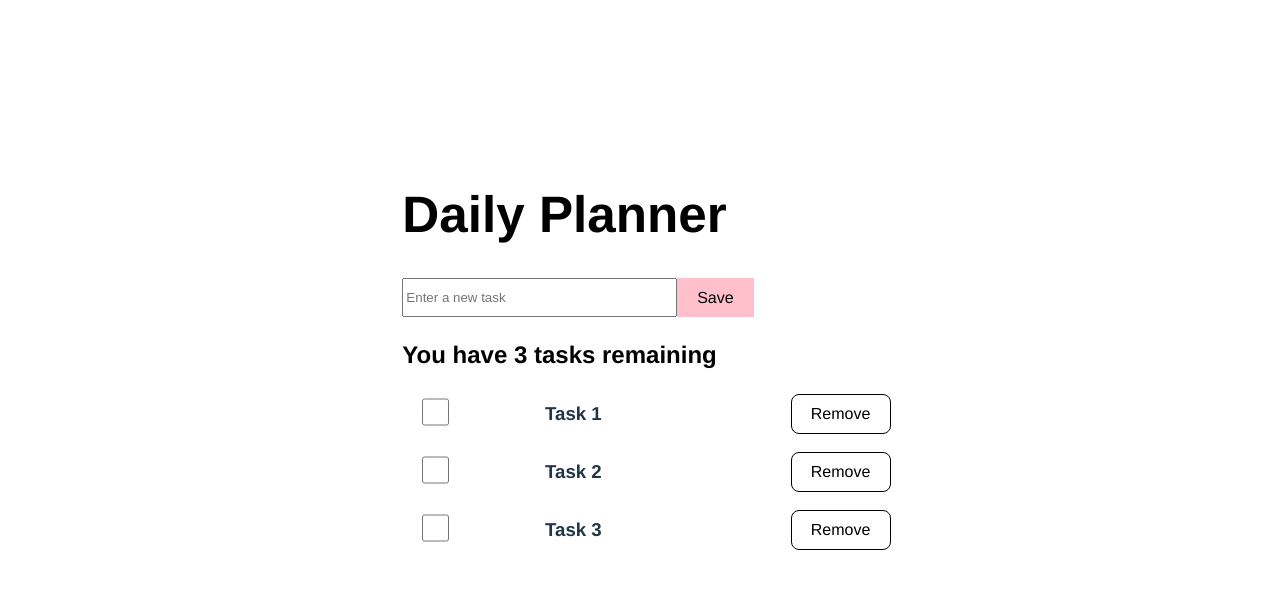
Repository: MonicaNguyenH/Frontend_Assignment6
Page: / (app in react/)
The author's editor kept a copy of each file at every save. The page is drawn from the files as they stood at one save, then again after the next save.
The browser window is 1280 px wide. The pictures show the whole page.
The project was rebuilt for these pictures with package versions that can differ from the ones it lists, and the page was loaded fresh each time. Also part of the build but not shown: react/vite.config.js.

Above is the page before, as saved 2024-10-11 14:23:24.

### react/src/App.jsx
import { useState } from 'react';
import './App.css';
import Task from './components/Task';
import TaskForm from './components/TaskForm';

function App() {
  const [tasks, setTasks] = useState([
    { id: 0, name: "Task 1", completed: false },
    { id: 1, name: "Task 2", completed: false },
    { id: 2, name: "Task 3", completed: false }
  ]);

  const addTask = (task) => {
    setTasks([...tasks, { id: tasks.length, name: task, completed: false }]); // Adds task incomplete by default
  };

  const toggleComplete = (taskId) => {
    setTasks(tasks.map(task =>
      task.id === taskId ? { ...task, completed: !task.completed } : task
    ));
  };

  const removeTask = (taskId) => {
    setTasks(tasks.filter(task => task.id !== taskId));
  };

  const remainingTask = tasks.filter(task => !task.completed).length;

  return (
    <>
      <div className="main">
        <h1 className="header">Daily Planner</h1>
        <div>
          <TaskForm addTask={addTask} />
          <h2 className="counting">
            You have {remainingTask} task{remainingTask !== 1 ? 's' : ''} remaining
          </h2>
          {tasks.map((task) => (
            <Task
              key={task.id}
              task={task}
              toggleComplete={() => toggleComplete(task.id)}
              removeTask={() => removeTask(task.id)}
            />
          ))}
        </div>
      </div>
    </>
  );
}

export default App;



// export default App

// // import { useState } from 'react'
// import { useState } from 'react';
// import './App.css'
// import Task from './components/Task'
// import TaskForm from './components/TaskForm';

// function App() {
//   const [task, setTask] = useState([
//     { id: 1, name: "Task 1", completed: false },
//     { id: 2, name: "Task 2", completed: false },
//     { id: 3, name: "Task 3", completed: false }
//   ]);

//   const addTask = (newTask) => {
//     setTask([...task, {...newTask, completed: false}]); // add task incompleted by default
//   };

//   const toggleComplete = (taskId) => {
//     const updatedTasks = task.map(task =>
//       task.id === taskId ? { ...task, completed: !task.completed } : task // toggle task completed status
//     );
//     setTask(updatedTasks); // update the state with the new task list
//   };

//   const removeTask = (taskId) => {
//     const updatedTasks = task.filter(task => task.id !== taskId);
//     setTask(updatedTasks); // update the state without the removed task
//   };

//   // count remaining task
//   const remainingTask = task.filter(task => !task.completed).length;

//   return (
//     <>
//       <div className="main">
//         <h1 className="header">Daily Planner</h1>
//         <div>
//           <TaskForm addTask={addTask} /> {/* Pass addTask to TaskForm */}
//           <h2 className="counting">You have {remainingTask} task{remainingTask !== 1 ? 's' : ''} remaining</h2> {/* count remaining (more than 1 have 's') */}
//           {task.map((task) => (
//             <Task
//               key={task.id}
//               name={task.name}
//               completed={task.completed}
//               toggleComplete={() => toggleComplete(task.id)}
//               removeTask={() => removeTask(task.id)}
//             />
//           ))}
//         </div>
//       </div>
//     </>
//   )
// }

// export default App

### react/src/App.css
#root {
  max-width: 1280px;
  margin: 0 auto;
  padding: 2rem;
  text-align: center;

  font-family: Helvetica, sans-serif;
}

.main {

}

.header {
  color: black;
  text-align: left;
}

.counting {
  color: black;
  text-align: left;
}

/* TaskForm  */
.formContainer {
  width: 100%;
  display: flex;
  flex-direction: row;
  justify-content: flex-start;
}

.btn-save {
  background-color: pink;
  border-radius: 0;
}

.btn-save:hover {
  background-color: hotpink;
  border: 1px solid pink;
}

#task-name {
  min-width: 20em;
}


.task {
  display: flex;
  flex-direction: row;
  align-items: center;
  margin: 1em;

  width: 100%;
  min-width: 20em;
}

#checkbox {
  margin-right: 1rem;
  width: 2em;
  height: 2rem;
  accent-color: pink;
}

#checkbox:hover {
  accent-color: hotpink;
}

.task-name {
  margin: 0 10rem 0 5rem;
  font-weight: bold;
  font-size: 14pt;
  text-align: left;
  min-width: 18%;
}

.task-delete {
  border: 1px solid black;
  background-color: white;
  border-radius: 15;
  cursor: pointer;
}

.task-delete:hover {
  border: 1px solid pink;
}

### react/src/components/Task.jsx
import { useState } from "react";

export default function Task({ task, toggleComplete, removeTask }) {
  return (
    <>
      <div className={`task ${task.completed ? 'completed' : ''}`}>
        <label>
          <input
            id="checkbox"
            type="checkbox"
            checked={task.completed}
            onChange={toggleComplete}
          />
        </label>
        <span className="task-name" style={{ textDecoration: task.completed ? 'line-through' : 'none' }}>{task.name}</span>
        <button className="task-delete" onClick={removeTask}>Remove</button>
      </div>
    </>
  );
}


// import { useState } from "react";

// export default function Task({ name }) {
//   // State for checkbox status (checked/unchecked)
//   const [isChecked, setIsChecked] = useState(false);
//   const [visible, setVisible] = useState(true);

//   // Handle checkbox toggle
//   const toggleCheckbox = () => {
//     setIsChecked(!isChecked);
//     onToggle(!isChecked); // Inform the parent about the status
//   };

//   // Remove task when clicking the remove button
//   const removeTask = () => {
//     setVisible(false);
//     onRemove();
//   };

//   // If the task is no longer visible, return null
//   if (!visible) {
//     return null;
//   }

//   return (
//     <>
//       <div className="task">
//         <label>
//           <input
//             type="checkbox"
//             checked={isChecked}
//             onChange={toggleCheckbox}
//           />
//         </label>
//         <p style={{ textDecoration: isChecked ? "line-through" : "none" }}>
//           {name}
//         </p>
//         <button className="task-delete" onClick={removeTask}>
//           Remove
//         </button>
//       </div>
//     </>
//   );
// }

### react/src/components/TaskForm.jsx
import { useState } from "react";
import { nanoid } from 'nanoid';

// const taskTemplate = {
//     name: 'new task'
// };

export default function TaskForm({addTask}) {
    const [taskName, setTaskName] = useState('');

    // form submission
    const handleSubmit = (e) => {
        e.preventDefault(); // the form submission will be handled by JavaScript instead of triggering a page refresh
        if (taskName.trim()) { // checks if the taskName (the text the user entered) is not an empty string after trimming whitespace
            addTask( taskName );
            setTaskName(''); // clear the input field
        }
    }

    return (
        <>
            <form onSubmit={handleSubmit}>
                <div className="formContainer">
                    <input
                        id="task-name"
                        type="text"
                        value={taskName}
                        onChange={(e) => setTaskName(e.target.value)}
                        placeholder="Enter a new task"
                    />
                    <div className="btn-group">
                        <button type="submit" className="btn-save">Save</button>
                    </div>
                </div>
            </form>
        </>
    )
}

// // import { useState } from 'react'
// import { useState } from 'react';
// import './App.css'
// import Task from './components/Task'
// import TaskForm from './components/TaskForm';

// function App() {
//   const [task, setTask] = useState([
//     { id: 1, name: "Task 1", completed: false },
//     { id: 2, name: "Task 2", completed: false },
//     { id: 3, name: "Task 3", completed: false }
//   ]);

//   const addTask = (newTask) => {
//     setTask([...task, {...newTask, completed: false}]); // add task incompleted by default
//   };

//   const toggleComplete = (taskId) => {
//     const updatedTasks = task.map(task =>
//       task.id === taskId ? { ...task, completed: !task.completed } : task // toggle task completed status
//     );
//     setTask(updatedTasks); // update the state with the new task list
//   };

//   const removeTask = (taskId) => {
//     const updatedTasks = task.filter(task => task.id !== taskId);
//     setTask(updatedTasks); // update the state without the removed task
//   };

//   // count remaining task
//   const remainingTask = task.filter(task => !task.completed).length;

//   return (
//     <>
//       <div className="main">
//         <h1 className="header">Daily Planner</h1>
//         <div>
//           <TaskForm addTask={addTask} /> {/* Pass addTask to TaskForm */}
//           <h2 className="counting">You have {remainingTask} task{remainingTask !== 1 ? 's' : ''} remaining</h2> {/* count remaining (more than 1 have 's') */}
//           {task.map((task) => (
//             <Task
//               key={task.id}
//               name={task.name}
//               completed={task.completed}
//               toggleComplete={() => toggleComplete(task.id)}
//               removeTask={() => removeTask(task.id)}
//             />
//           ))}
//         </div>
//       </div>
//     </>
//   )
// }

// export default App

Loaded but not shown: react/index.html (common file); react/src/main.jsx (common file); react/src/index.css (common file)

After the next save:
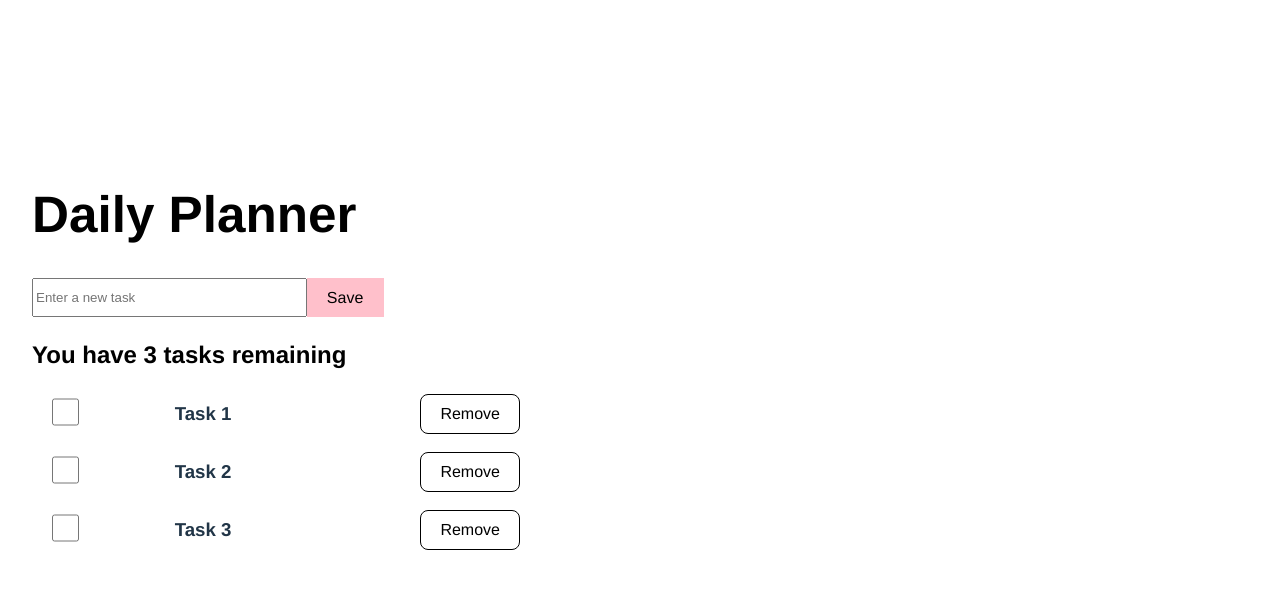
Saved 36 s later.
--- a/react/src/App.css
+++ b/react/src/App.css
@@ -1,6 +1,5 @@
 #root {
   max-width: 1280px;
-  margin: 0 auto;
   padding: 2rem;
   text-align: center;
 
